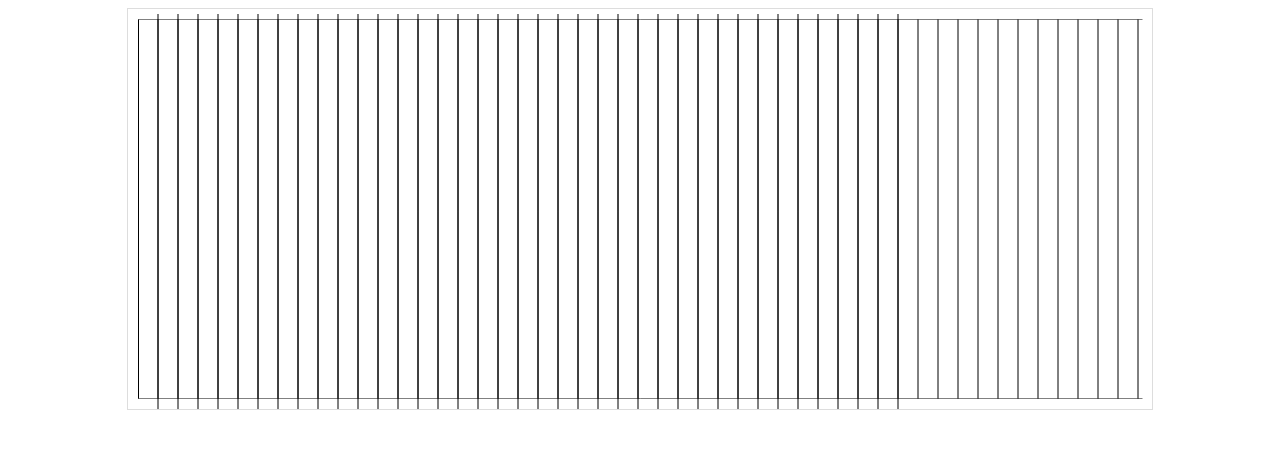
Repository: cw19931024/Demo
Page: canvas.html
These files come from the project's save history. The page is drawn as it stood at one moment and after the next save; the edit follows.
The browser window is 1280 px wide. The pictures show the whole page.

Above is the page before, as saved 2017-07-26 18:10:11.

After the next save:
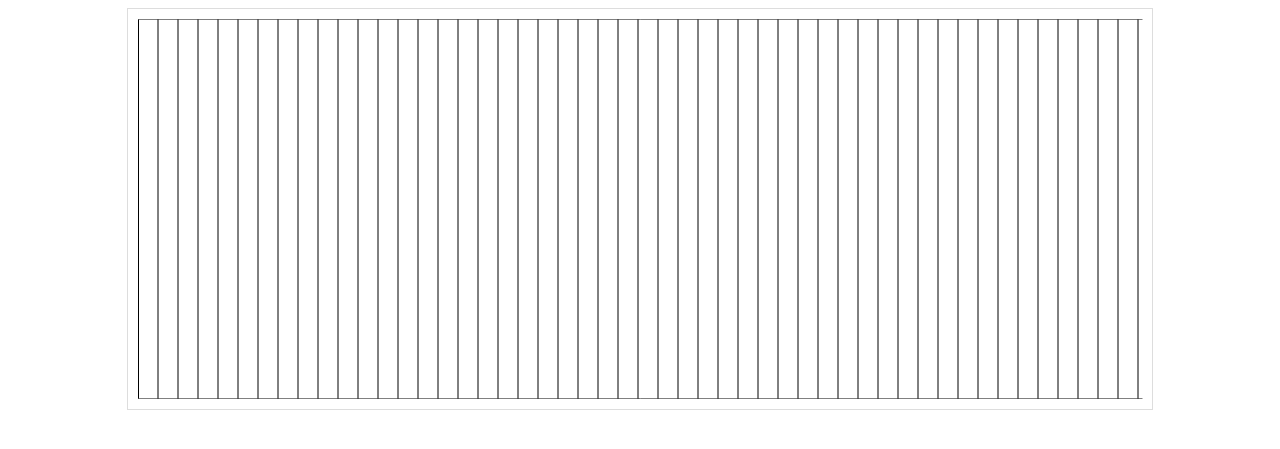
Saved 28 s later.
--- a/canvas.html
+++ b/canvas.html
@@ -58,8 +58,8 @@
     }
     for (var i = 20; i < height; i += 20) {
         context.beginPath();
-        context.moveTo(i +10, width - padding - 10);
-        context.lineTo(i+10,  padding)
+        context.moveTo(i +10,i);
+        context.lineTo(i+10,i)
         context.stroke();
     }
 </script>
